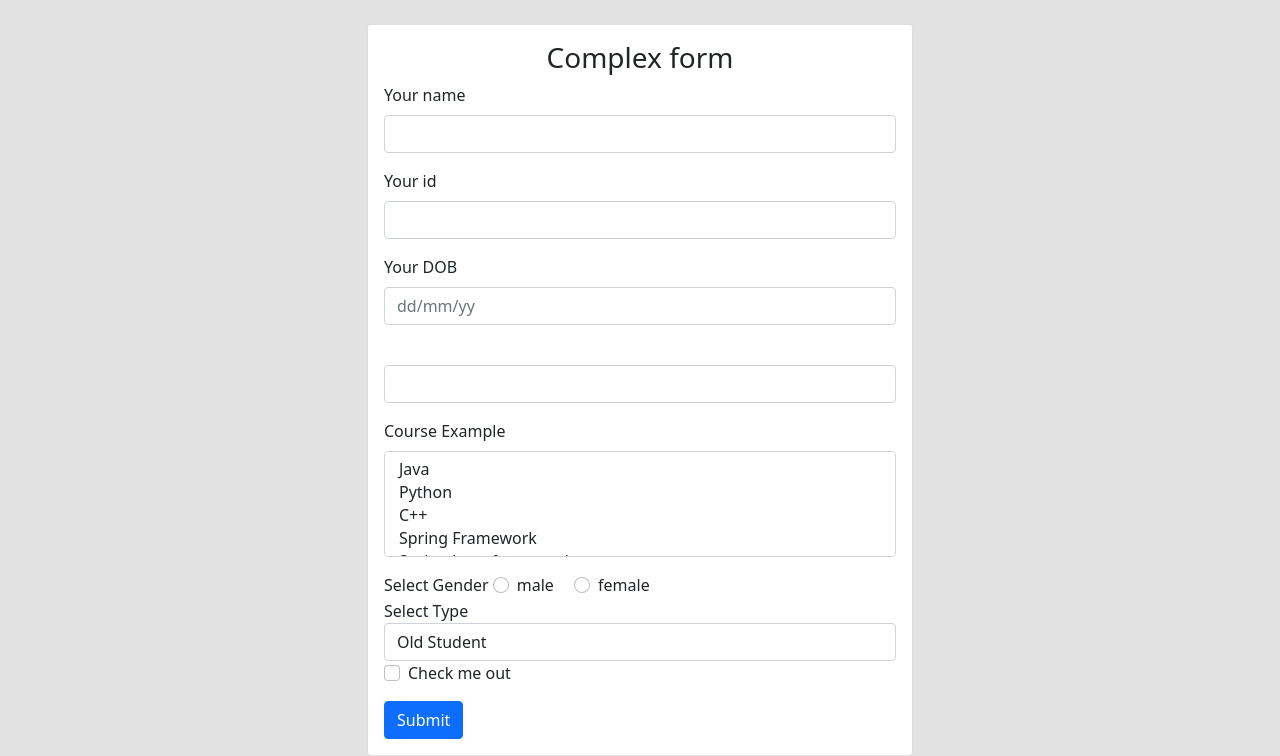
Repository: himanshurai26/Spring-Framewrok-code-
Page: http://localhost/SpringMvcSearch/WEB-INF/views/complex-form.jsp
The author's editor kept a copy of each file at every save. The page is drawn from the files as they stood at one save, then again after the next save.
The browser window is 1280 px wide. The pictures show the whole page.
The page is served by Tomcat 9. Nobody is signed in. Other server files are loaded and not shown. The template is opened directly, without the code that normally fills it, so the values that code supplies are empty.

Above is the page before, as saved 2023-07-28 16:50:20.

### SpringMVC/SpringMvcSearch/src/main/webapp/WEB-INF/views/complex-form.jsp
<!doctype html>
<html lang="en">
  <head>
    <!-- Required meta tags -->
    <meta charset="utf-8">
    <meta name="viewport" content="width=device-width, initial-scale=1">

    <!-- Bootstrap CSS -->
    <link href="https://cdn.jsdelivr.net/npm/bootstrap@5.0.2/dist/css/bootstrap.min.css" rel="stylesheet" integrity="sha384-EVSTQN3/azprG1Anm3QDgpJLIm9Nao0Yz1ztcQTwFspd3yD65VohhpuuCOmLASjC" crossorigin="anonymous">

    <title>Complex form</title>
  </head>
  <body class="" style="background: #e2e2e2;">

   <div class="container mt-4">

   <div class="row">
   <div class="col-md-6 offset-md-3">
   <div class="card">
   <div class="card-body">
   <h3 class="text-center">Complex form</h3>
   <form >
   <div class="form-group">
   <form>
  <div class="mb-3">
    <label for="exampleInputEmail1" class="form-label">Your name</label>
    <input type="email" class="form-control" id="exampleInputEmail1" name="name" aria-describedby="emailHelp">
    </div>

  <div class="mb-3">
    <label for="exampleInputId" class="form-label">Your id</label>
    <input type="password" class="form-control" id="exampleInputPassword1" name="id">
  </div>

  <div class="mb-3">
    <label for="exampleInputEmail1" class="form-label">Your DOB</label>
    <input type="email" class="form-control" id="exampleInputEmail1" name="dob"  placeholder="dd/mm/yy" aria-describedby="emailHelp">
    </div>

    <div class="mb-3">
    <label for="exampleInputEmail1" class="form-label"></label>
    <input type="email" class="form-control" id="exampleInputEmail1" name="name" aria-describedby="emailHelp">
    </div>

    <div class="mb-3">
    <label for="formcontrolselect1" class="form-label">Course Example</label>
    <select
    class="form-control" id="exampleInputEmail1" name="subjects"  multiple>
 <option>Java</option>
 <option>Python</option>
 <option>C++</option>
 <option>Spring Framework</option>
 <option>Spring boot framework</option>
 <option>Jsp</option>
 </select>
    </div>

    <div class="form-group">
    <span class="mr-3">Select Gender</span>
    <div class="form-check form-check-inline">
    <input class="form-check-input"  type="radio" name="gender"
    id="inlineRadio1" value="male"><label
    class="form-check-Label" for="inlineRadio1">male
    </label>
    </div>
    <div class="form-check form-check-inline">
    <input class="form-check-input"  type="radio" name="gender"
    id="inlineRadio2" value="male"><label
    class="form-check-Label" for="inlineRadio2">female
    </label>
    </div>

    </div>

    <div class="form-group">
    <label for="">Select Type</label><select class="form-control"
    name="type">
    <option value="oldstudent">Old Student</option>
    <option value="normalstudent">Normal Student</option>
    </select>
    </div>

  <div class="mb-3 form-check">
    <input type="checkbox" class="form-check-input" id="exampleCheck1">
    <label class="form-check-label" for="exampleCheck1">Check me out</label>
  </div>
  <button type="submit" class="btn btn-primary">Submit</button>
</form>

   </div>

   </form>
   </div>

   </div>
   </div>
   </div>
   </div>















    <script src="https://cdn.jsdelivr.net/npm/bootstrap@5.0.2/dist/js/bootstrap.bundle.min.js" integrity="sha384-MrcW6ZMFYlzcLA8Nl+NtUVF0sA7MsXsP1UyJoMp4YLEuNSfAP+JcXn/tWtIaxVXM" crossorigin="anonymous"></script>

  </body>
</html>

After the next save:
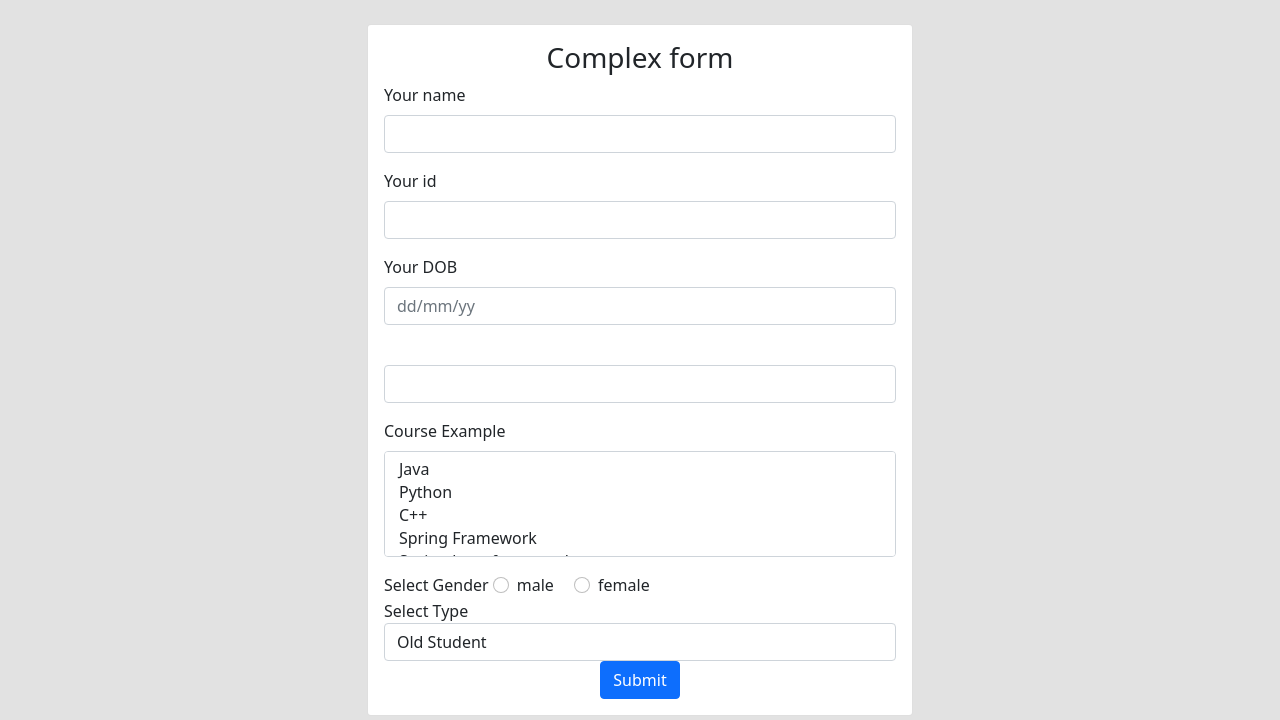
Saved 49 s later.
--- a/SpringMVC/SpringMvcSearch/src/main/webapp/WEB-INF/views/complex-form.jsp
+++ b/SpringMVC/SpringMvcSearch/src/main/webapp/WEB-INF/views/complex-form.jsp
@@ -80,11 +80,9 @@
     </select>
     </div>
 
-  <div class="mb-3 form-check">
-    <input type="checkbox" class="form-check-input" id="exampleCheck1">
-    <label class="form-check-label" for="exampleCheck1">Check me out</label>
-  </div>
+  <div class="container text-center">
   <button type="submit" class="btn btn-primary">Submit</button>
+</div>
 </form>
 
    </div>
